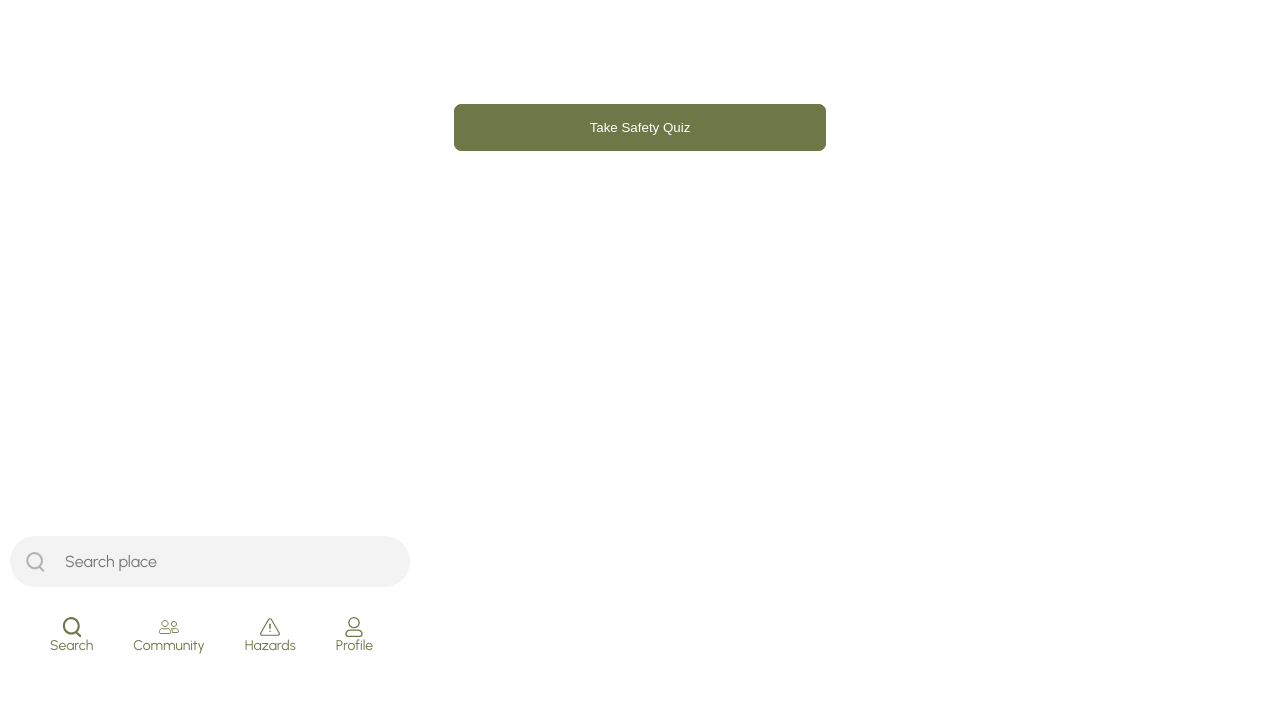
Repository: Aladdin3r/SafeCycle
Page: /
The author's editor kept a copy of each file at every save. The page is drawn from the files as they stood at one save, then again after the next save.
The browser window is 1280 px wide. The pictures show the whole page.
The project was rebuilt for these pictures with package versions that can differ from the ones it lists, and the page was loaded fresh each time. The framework's server and built-in components were replaced by stand-ins that run in the browser.

Above is the page before, as saved 2024-04-15 13:09:41.

After the next save:
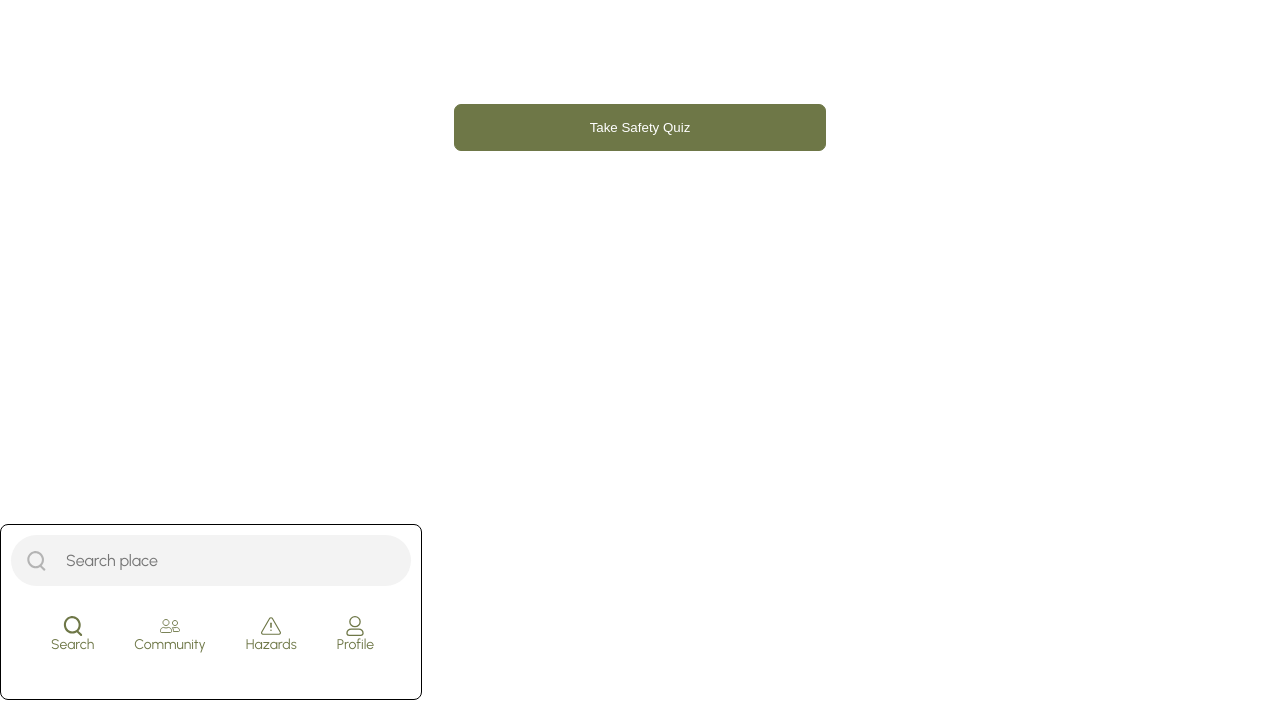
Saved 4 s later.
--- a/components/NavBar/NavBar.module.css
+++ b/components/NavBar/NavBar.module.css
@@ -32,7 +32,7 @@
     background-color: white;
     padding: 10px;
     border-radius: 8px;
-    b
+    border: 1px solid ;
 }
 
 .search {
